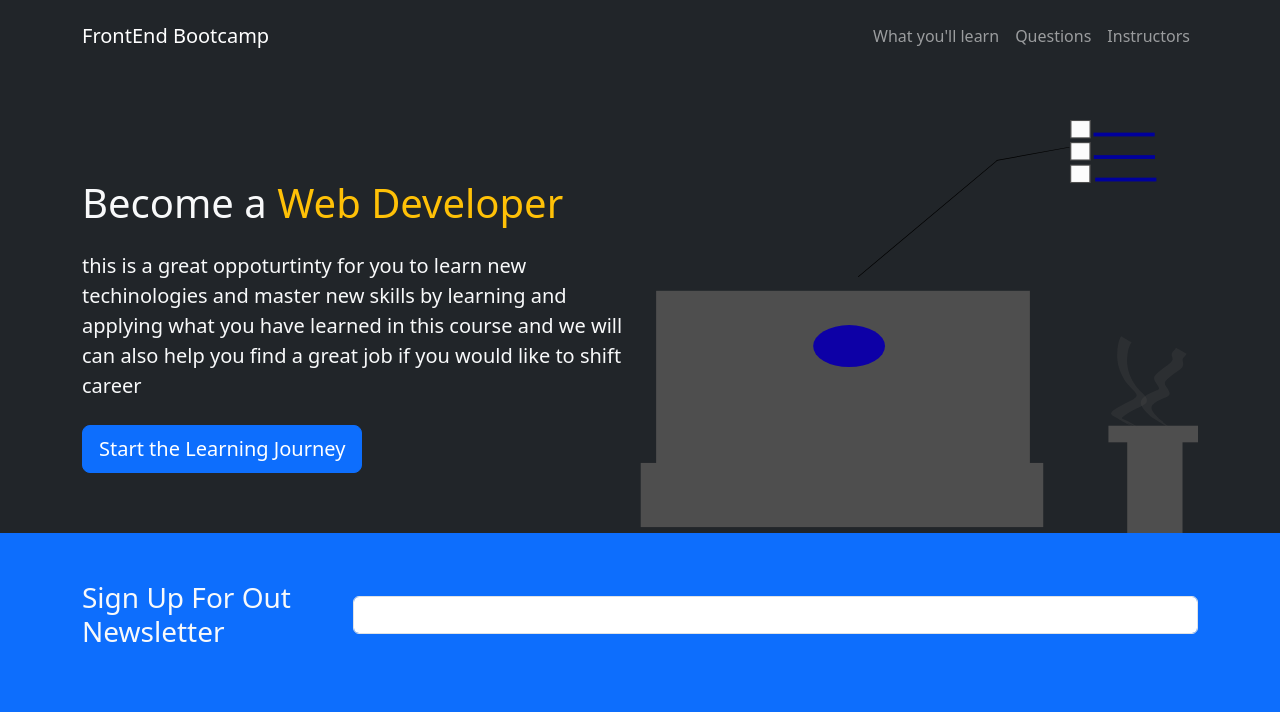
Repository: HaziimYassien/Front-End-BootCamp-__BootStrap-Project
Page: Front End BootCamp2/index.html
An editor plug-in stored every save of this project. The page is shown before and after a run of saves, followed by the edit.
The browser window is 1280 px wide. The pictures show the whole page.

Above is the page before, as saved 2024-01-12 02:46:29.

After the next 4 saves:
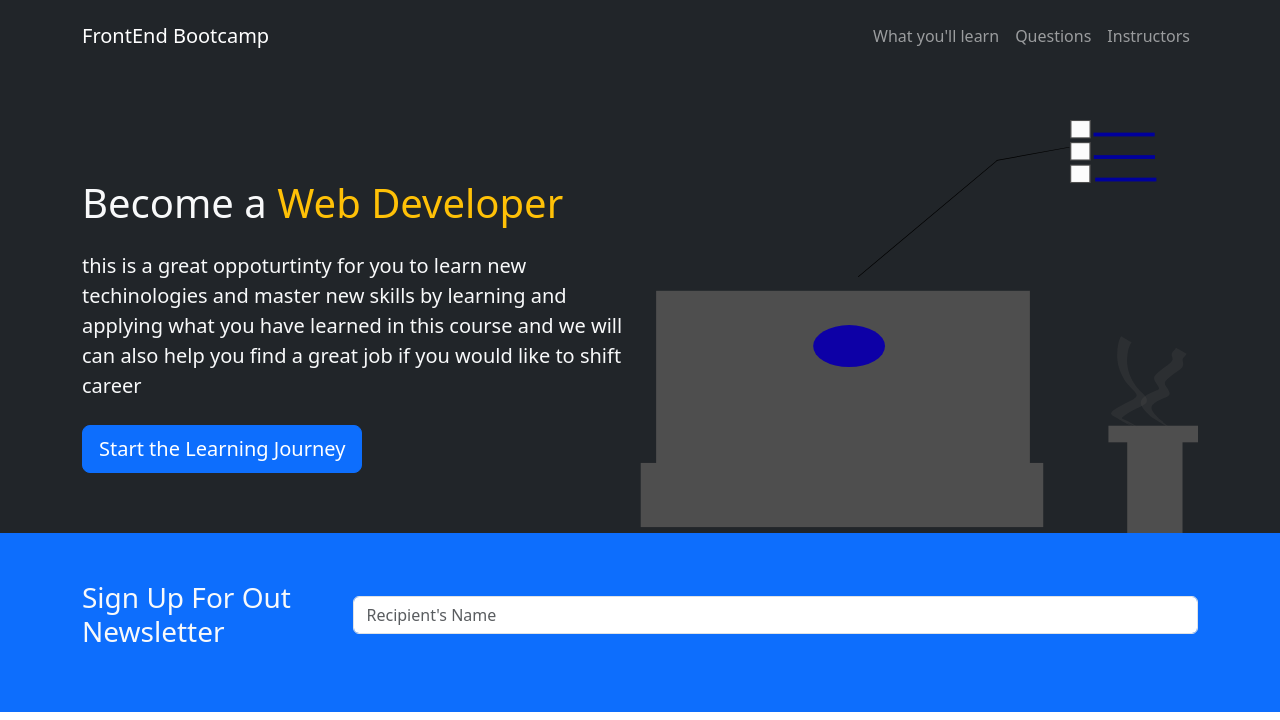
The 4 saves are shown as one change because they came seconds apart.
The last was saved 14 s later.
--- a/Front End BootCamp2/index.html
+++ b/Front End BootCamp2/index.html
@@ -77,7 +77,7 @@
           <h3 class="mb-3 md-md-0">Sign Up For Out Newsletter</h3>
           <div class="input-group mb-3">
             <input type="text" class="form-control"
-            placeholder=""
+            placeholder="Recipient's Name"
             >
           </div>
         </div>
